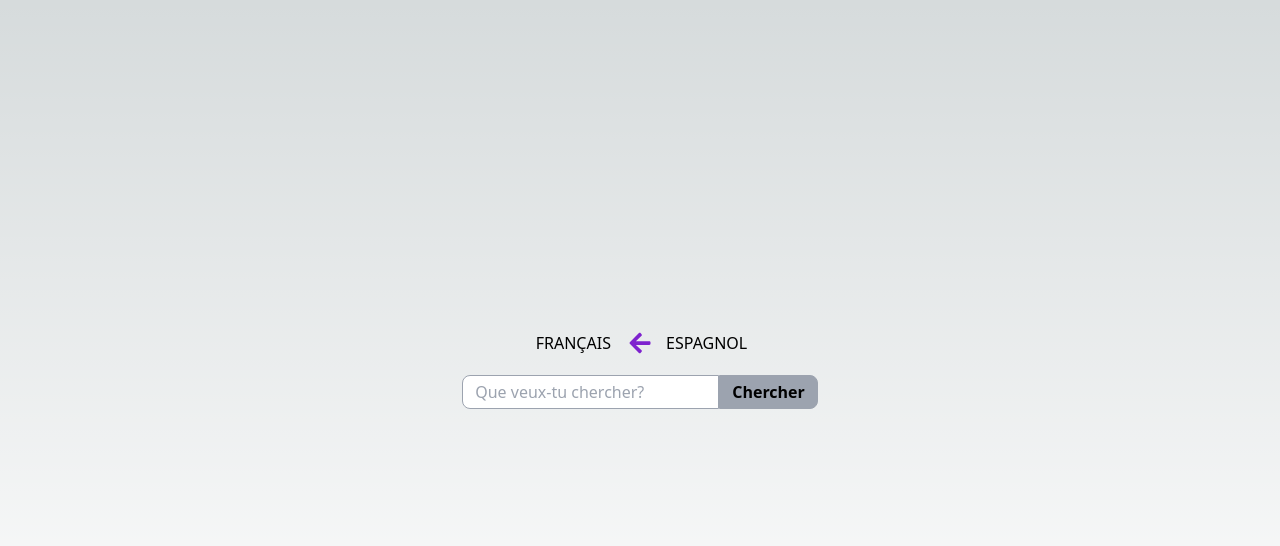
Repository: All-Khwarizmi/Dico
Page: /
An editor plug-in stored every save of this project. The page is shown before and after the next save, followed by the edit.
The browser window is 1280 px wide. The pictures show the whole page.
The project was rebuilt for these pictures with package versions that can differ from the ones it lists, and the page was loaded fresh each time. The framework's server and built-in components were replaced by stand-ins that run in the browser. Also part of the build but not shown: next.config.js, vite.config.ts.

Above is the page before, as saved 2023-02-19 11:32:38.

### src/app/page.tsx
'use client';
import Image from 'next/image';
import { Inter } from '@next/font/google';
import { FaArrowLeft } from 'react-icons/fa';
import { BsArrowRight } from 'react-icons/bs';
import { FaArrowRight } from 'react-icons/fa';
import EspModal from '@/components/EspModal';
import DicoModal from '@/components/DicoModal';
import { IconContext } from 'react-icons';
const inter = Inter({ subsets: ['latin'] });
import parse from 'html-react-parser';
import { useState } from 'react';
import Link from 'next/link';

type Trad = {
  source: string;
  target: string;
};
type TradParsed = string;
type Translations = Array<Trad>;
interface TranslationsFetch {
  translations: Array<Trad> | Array<TradParsed>;
  source: string;
  db: boolean;
}
export default function Home() {
  const [word, setWord] = useState<string>('');
  const [isFr, setIsFR] = useState<Boolean>(false);
  const [isLoading, setIsLoading] = useState<Boolean>(false);
  const [isError, setIsError] = useState<Boolean>(false);
  const [isTranslations, setIsTranslations] = useState<Boolean>(false);
  const [translations, setTranslations] = useState<Translations>([]);

  const submitWord = (e: React.FormEvent<HTMLFormElement>) => {
    e.preventDefault();
    setIsError(false)
    let check = word.trim().split(' ').length;


    if (check > 1) {
      window.alert('1 mot à la fois');
      return setWord('');
    }

    setIsLoading(true);

    if (isFr)
      return fetchDico(word.trim().toLocaleLowerCase()).catch((err) =>
        console.log(err)
      );
    fetchDicoEsp(word.trim().toLocaleLowerCase()).catch((err) => console.log(err));
  };

  const inputWord = (e: React.ChangeEvent<HTMLInputElement>) => {
    return setWord(e.target.value);
  };

  const fetchDico = async (word: string): Promise<void> => {
   //  console.log('Fetching..');
    // 'https://dico-ochre.vercel.app/api/dico'
    // 'http://localhost:3000/api/dico'
    const url = 'https://dico-ochre.vercel.app/api/dico';
    const options: RequestInit = {
      method: 'POST',
      headers: {
        'Content-Type': 'text/plain;charset=UTF-8',
      },
      body: JSON.stringify(word),
    };
    const res = await fetch(url, options);

    if (!res.ok) {
      setIsError(true)
      setIsTranslations(false)
      setIsLoading(false);
      return setWord('');
    }

    const data = await res.json();
   // console.log('Data: ', data);

    const { translations, db } = data;
    try {
      if (db) {
        const parsedTrads = translations.map((trad: string) => {
          return JSON.parse(trad);
        });
     //   console.log('Parsed Data: ', parsedTrads);
        setTranslations(parsedTrads);
      } else {
        setTranslations(translations);
      }

      setIsTranslations(true);
      window.scrollTo(0, 0);
      setWord('');
    } catch (err) {
      console.log(err);
    }
  };
  const fetchDicoEsp = async (word: string): Promise<void> => {
    // console.log('Fetching..');
    const url = 'https://dico-ochre.vercel.app/api/esp';
    const options: RequestInit = {
      method: 'POST',
      headers: {
        'Content-Type': 'text/plain;charset=UTF-8',
      },
      body: JSON.stringify(word),
    };
    const res = await fetch(url, options);


    if (!res.ok) {
      setIsError(true);
      setIsTranslations(false);
      setIsLoading(false);
      return setWord('');
    }

    const data = await res.json();
    // console.log('Data: ', data);

    const { translations, db } = data;
    try {
      if (db) {
        const parsedTrads = translations.map((trad: string) => {
          return JSON.parse(trad);
        });
       // console.log('Parsed Data: ', parsedTrads);
        setTranslations(parsedTrads);
      } else {
        setTranslations(translations);
      }

      setIsTranslations(true);
      window.scrollTo(0, 0);
      setWord('');
    } catch (err) {
      console.log(err);
    }
  };
  return (
    <main
      className={`h-full  ${
        isTranslations ? 'grid content-center ' : 'grid content-center '
      }`}
    >
      <div className='grid place-items-center  w-full  '>
        {isFr ? (
          <div
            className={`grid gap-2 grid-cols-3 ${
              isTranslations
                ? 'w-[80%] md:w-[40%]'
                : 'w-[60%] md:w-[30%] lg:w-[15%]  sm:w-[30%] '
            }  place-items-center  `}
          >
            <button onClick={() => setIsFR(!isFr)}>
              <h1 className='py-5 text-center uppercase text-1xl'>Français</h1>
            </button>
            <button onClick={() => setIsFR(!isFr)}>
              <FaArrowRight className='text-purple-700 text-2xl' />
            </button>
            <button onClick={() => setIsFR(!isFr)}>
              <h1 className='py-5 text-center uppercase text-1xl'>Espagnol</h1>
            </button>
          </div>
        ) : (
          <div
            className={`grid gap-2 grid-cols-3 ${
              isTranslations
                ? 'w-[80%] md:w-[40%]'
                : 'w-[60%] md:w-[30%] lg:w-[15%]  sm:w-[30%] '
            }  place-items-center  `}
          >
            <button onClick={() => setIsFR(!isFr)}>
              <h1 className='py-5 text-center uppercase text-1xl'>Français</h1>
            </button>
            <button onClick={() => setIsFR(!isFr)}>
              <FaArrowLeft className='text-purple-700 text-2xl' />
            </button>
            <button onClick={() => setIsFR(!isFr)}>
              <h1 className='py-5 text-center uppercase text-1xl'>Espagnol</h1>
            </button>
          </div>
        )}
      </div>
      <div className='flex flex-col h-[80%] items-center gap-5'>
        {isLoading ? (
          !isTranslations ? (
            <p className='dark:text-green-400 text-black text-2xl font-bold'>
              Loading...
            </p>
          ) : null
        ) : null}
        {isError && (
          <p className='dark:text-red-500 text-black text-2xl font-bold'>
            Ce mot n'est pas dans la base de données.
          </p>
        )}
        {isTranslations && (
          <div className=' min-h-72 max-h-76 md:max-h-96 lg:w-[40%] md:w-[50%] w-[90%] rounded-lg  overflow-scroll rounded border-2 border-solid dark:border-gray-600 dark:bg-gray-700 shadow-md shadow-gray-500 '>
            <div className='text-black '>
              <div className='h-full'>
                <table className=' h-60 max-h-96 relative w-full text-left text-sm text-gray-500 dark:text-gray-400'>
                  <thead className='  sticky top-0 bg-gray-400 dark:bg-gray-900 text-xs uppercase text-gray-700 '>
                    <tr>
                      <th
                        scope='col'
                        className='px-6 font-bold text-black text-center dark:text-white py-3 '
                      >
                        Dans le sens de
                      </th>
                      <th
                        scope='col'
                        className='px-6 font-bold text-black text-center dark:text-white py-3 '
                      >
                        Traduction
                      </th>
                    </tr>
                  </thead>
                  <tbody className='bg-gray-800'>
                    {translations?.map((trad: Trad, index) => {
                      return (
                        <tr
                          className='border-b text-center bg-white  dark:border-gray-700 dark:bg-gray-800'
                          key={index}
                        >
                          <td className='px-6 py-4'> {parse(trad?.source)}</td>
                          <th
                            scope='row'
                            className=' text-center px-6 py-4 font-medium text-gray-900 dark:text-white'
                          >
                            {parse(trad?.target)}
                          </th>
                        </tr>
                      );
                    })}
                  </tbody>
                </table>
              </div>
            </div>
          </div>
        )}

        <form className='text-black  ' onSubmit={(e) => submitWord(e)}>
          <input
            onChange={(event) => inputWord(event)}
            value={word}
            placeholder='Que veux-tu chercher?'
            className='rounded-lg border border-gray-400  dark:text-white border-1 dark:bg-gray-700 rounded-r-none px-3 py-1'
            type='text'
            name='word'
            id='word'
          />
          <button
            className='rounded-lg border border-gray-400 border-1 rounded-l-none bg-gray-400 dark:text-white  text-md font-bold dark:bg-purple-900 px-3 py-1 dark:py-1'
            type='submit'
          >
            Chercher
          </button>
        </form>
      </div>
    </main>
  );
}

### src/app/globals.css
@tailwind base;
@tailwind components;
@tailwind utilities;

:root {
  --max-width: 1100px;
  --border-radius: 12px;
  --font-mono: ui-monospace, Menlo, Monaco, 'Cascadia Mono', 'Segoe UI Mono',
    'Roboto Mono', 'Oxygen Mono', 'Ubuntu Monospace', 'Source Code Pro',
    'Fira Mono', 'Droid Sans Mono', 'Courier New', monospace;

  --foreground-rgb: 0, 0, 0;
  --background-start-rgb: 214, 219, 220;
  --background-end-rgb: 255, 255, 255;

  --primary-glow: conic-gradient(
    from 180deg at 50% 50%,
    #16abff33 0deg,
    #0885ff33 55deg,
    #54d6ff33 120deg,
    #0071ff33 160deg,
    transparent 360deg
  );
  --secondary-glow: radial-gradient(
    rgba(255, 255, 255, 1),
    rgba(255, 255, 255, 0)
  );

  --tile-start-rgb: 239, 245, 249;
  --tile-end-rgb: 228, 232, 233;
  --tile-border: conic-gradient(
    #00000080,
    #00000040,
    #00000030,
    #00000020,
    #00000010,
    #00000010,
    #00000080
  );

  --callout-rgb: 238, 240, 241;
  --callout-border-rgb: 172, 175, 176;
  --card-rgb: 180, 185, 188;
  --card-border-rgb: 131, 134, 135;
}

@media (prefers-color-scheme: dark) {
  :root {
    --foreground-rgb: 255, 255, 255;
    --background-start-rgb: 0, 0, 0;
    --background-end-rgb: 0, 0, 0;

    --primary-glow: radial-gradient(rgba(1, 65, 255, 0.4), rgba(1, 65, 255, 0));
    --secondary-glow: linear-gradient(
      to bottom right,
      rgba(1, 65, 255, 0),
      rgba(1, 65, 255, 0),
      rgba(1, 65, 255, 0.3)
    );

    --tile-start-rgb: 2, 13, 46;
    --tile-end-rgb: 2, 5, 19;
    --tile-border: conic-gradient(
      #ffffff80,
      #ffffff40,
      #ffffff30,
      #ffffff20,
      #ffffff10,
      #ffffff10,
      #ffffff80
    );

    --callout-rgb: 20, 20, 20;
    --callout-border-rgb: 108, 108, 108;
    --card-rgb: 100, 100, 100;
    --card-border-rgb: 200, 200, 200;
  }
}

* {
  box-sizing: border-box;
  padding: 0;
  margin: 0;
}

html,
body {
  max-width: 100vw;
  overflow-x: hidden;
}

html,
body {
  color: rgb(var(--foreground-rgb));
  background: linear-gradient(
      to bottom,
      transparent,
      rgb(var(--background-end-rgb))
    )
    rgb(var(--background-start-rgb));
}

body {
  height: 100vh;
}

a {
  color: inherit;
  text-decoration: none;
}

@media (prefers-color-scheme: dark) {
  html {
    color-scheme: dark;
  }
}

/* .react-icons {
  color: red;

} */
@media only screen and (min-device-width : 300px) and (max-device-width : 480px) {
body {
  height: 85vh;
}
}

Loaded but not shown: src/app/layout.tsx (common file); tailwind.config.js (common file)

After the next save:
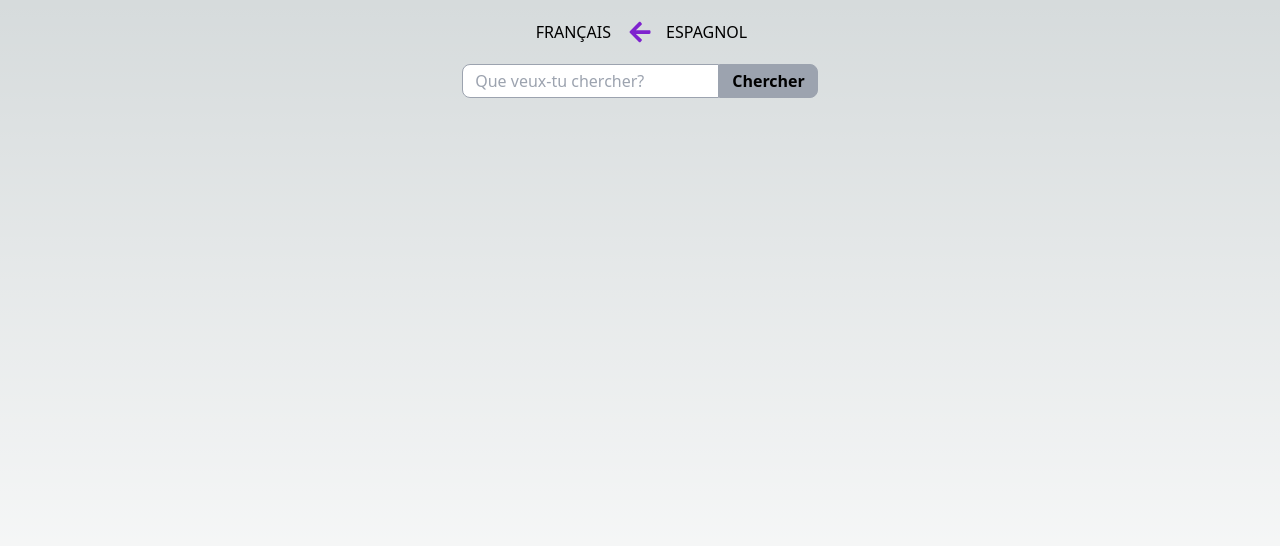
Saved 7 s later.
--- a/src/app/page.tsx
+++ b/src/app/page.tsx
@@ -142,7 +142,7 @@
   };
   return (
     <main
-      className={`h-full  ${
+      className={`  ${
         isTranslations ? 'grid content-center ' : 'grid content-center '
       }`}
     >

After the save that followed:
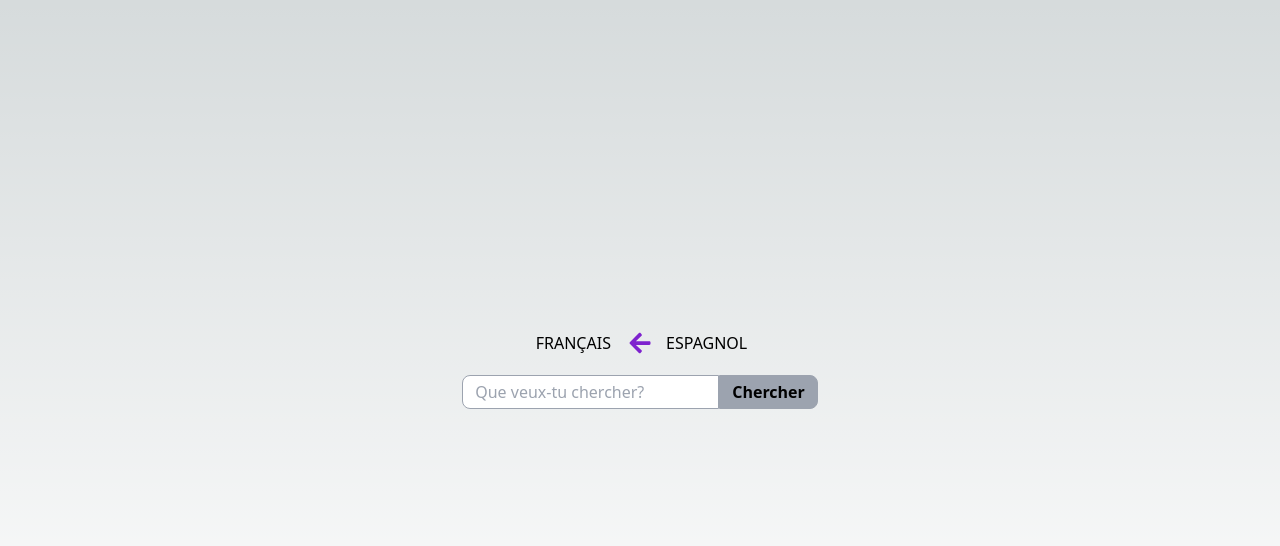
Saved 22 s later.
--- a/src/app/page.tsx
+++ b/src/app/page.tsx
@@ -142,7 +142,7 @@
   };
   return (
     <main
-      className={`  ${
+      className={`h-full  ${
         isTranslations ? 'grid content-center ' : 'grid content-center '
       }`}
     >
